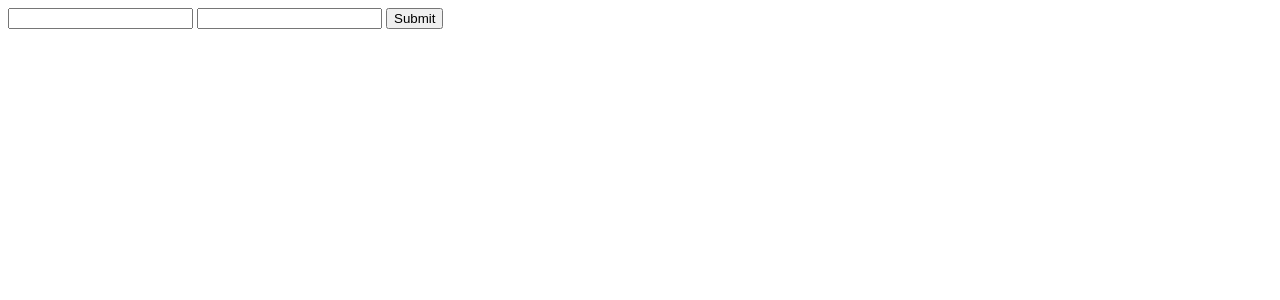
Repository: vilipche/birdy
Page: HelloWorld/WebContent/add.html
An editor plug-in stored every save of this project. The page is shown before and after the next save, followed by the edit.
The browser window is 1280 px wide. The pictures show the whole page.

Above is the page before, as saved 2020-02-03 21:12:39.

After the next save:
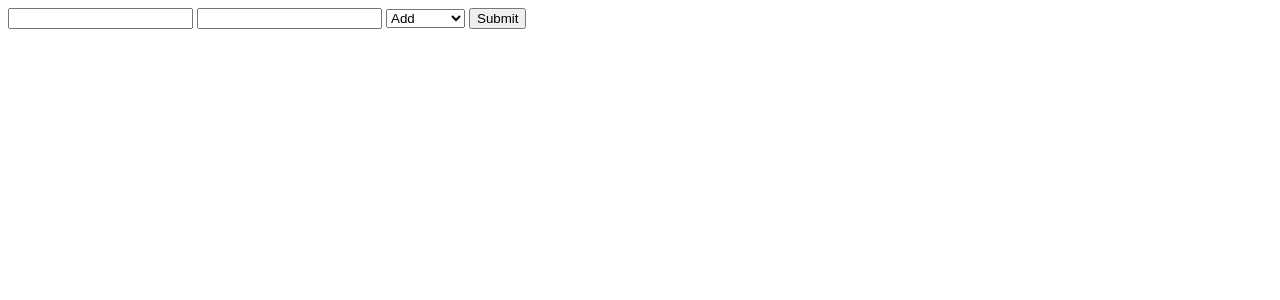
Saved 5 min 7 s later.
--- a/HelloWorld/WebContent/add.html
+++ b/HelloWorld/WebContent/add.html
@@ -8,6 +8,12 @@
 	<form action="Addition" method="POST">
 		<input type="text" name="num1" >
 		<input type="text" name="num2" >
+		<select name="operation">
+		    <option value="+">Add</option>
+		    <option value="*">Multiply</option>
+		    <option value="-">Substract</option>
+		    <option value="/">Divide</option>
+		 </select>
 		<input type="submit">
 	</form>
 </body>
